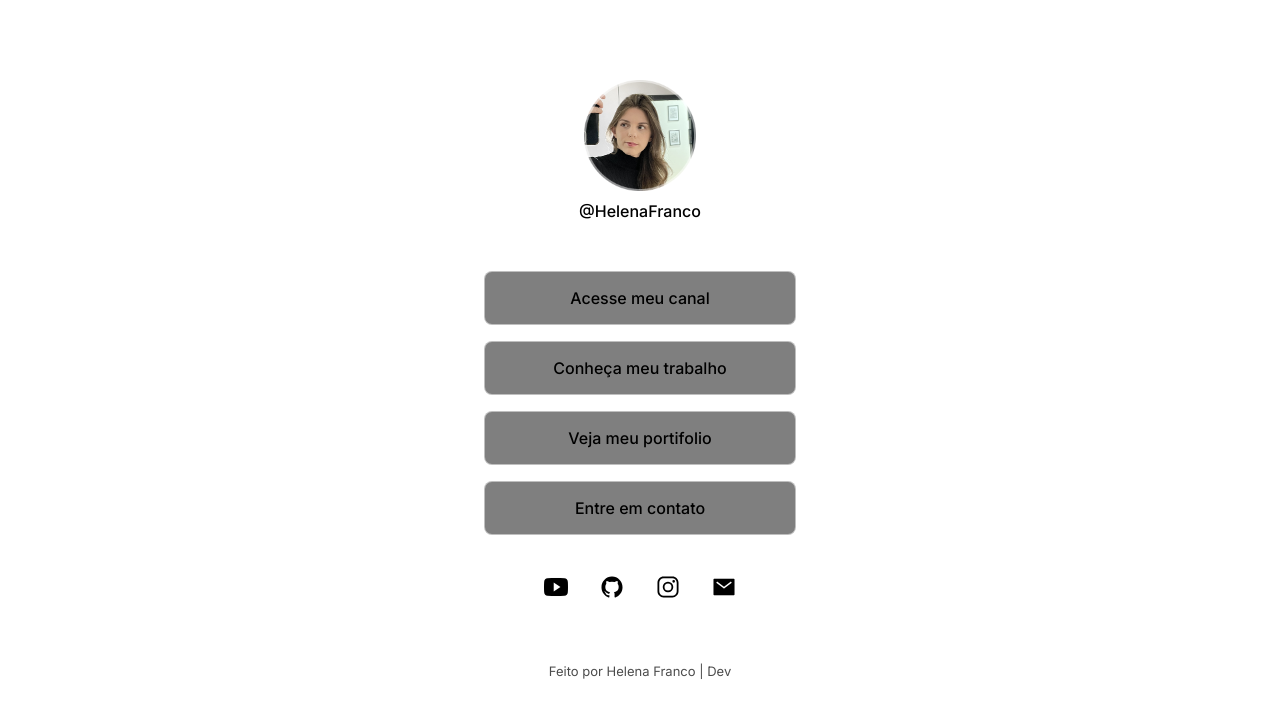
Repository: Fr4nc021/Pagina-de-links-
Page: index.html
These files come from the project's save history. The page is drawn as it stood at one moment and after the next save; the edit follows.
The browser window is 1280 px wide. The pictures show the whole page.

Above is the page before, as saved 2025-02-13 21:07:20.

After the next save:
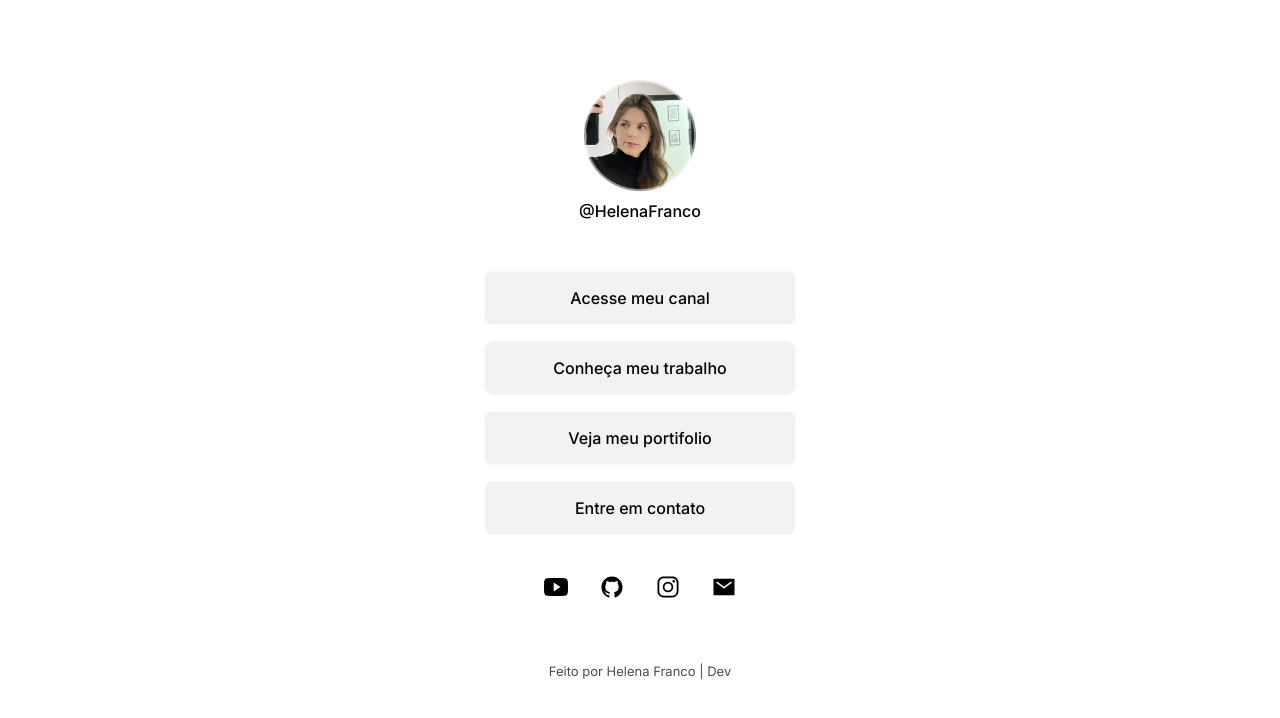
Saved 14 s later.
--- a/style.css
+++ b/style.css
@@ -15,7 +15,7 @@
     --text-color: black;
     --bg-url: url(./assets/bg-mobile-light.jpg)
     --strock-color: rgba(0, 0, 0, 0.5);
-    --surface-color: rgba(0, 0, 0, 0.5);
+    --surface-color: rgba(0, 0, 0, 0.05);
 
 }
 
